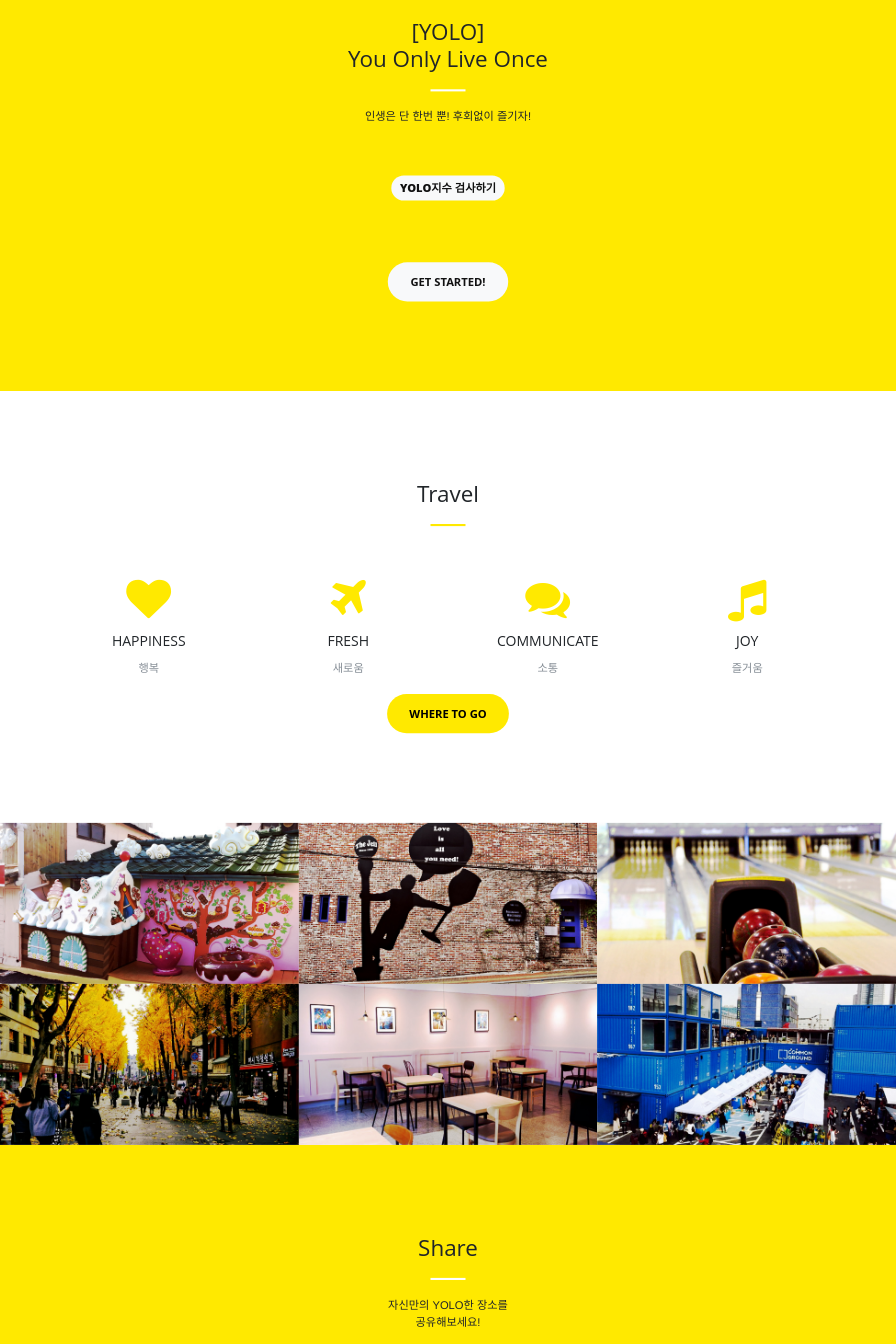
Repository: SuyeonCha/REYOLA
Page: http://localhost/BOARD/
An editor plug-in stored every save of this project. The page is shown before and after the next save, followed by the edit.
The browser window is 1280 px wide. The pictures show the part of the page from y = 822 to 2742 px (the page is 3436 px tall), at 70% of full size.
Some web fonts or font styles are not loaded; a fallback is used. The page is served by Tomcat 9. Other server files are loaded and not shown.

Above is the page before, as saved 2018-06-21 01:28:17.

### REYOLA/BOARD/WebContent/index.jsp
<%@ page language="java" contentType="text/html; charset=UTF-8"
	pageEncoding="UTF-8"%>
<!DOCTYPE html PUBLIC "-//W3C//DTD HTML 4.01 Transitional//EN" "http://www.w3.org/TR/html4/loose.dtd">
<html lang="en">
  <head>
    <meta charset="utf-8">
	<link rel="shortcut icon" href="https://www.emirim.REYOLA.com" />
    <meta property="title" content="누구나 즐길 수 있는 YOLO, REYOLA" />
    <meta name="viewport" content="width=device-width, initial-scale=1, shrink-to-fit=no">
    <meta name="description" content="">
    <meta name="author" content="">
    <title>누구나 즐길 수 있는 YOLO, REYOLA</title>
    <link href="vendor/bootstrap/css/bootstrap.min.css" rel="stylesheet">
    <link href="vendor/font-awesome/css/font-awesome.min.css" rel="stylesheet" type="text/css">
    <link href='https://fonts.googleapis.com/css?family=Open+Luckiest Guy,400italic,600italic,700italic,800italic,400,300,600,700,800' rel='stylesheet' type='text/css'>
    <link href='https://fonts.googleapis.com/css?family=Luckiest Guy,300,300italic,400italic,700,700italic,900,900italic' rel='stylesheet' type='text/css'>
    <link href="vendor/magnific-popup/magnific-popup.css" rel="stylesheet">
    <link href="css/index_css.css" rel="stylesheet">
  </head>
  <body id="page-top">
    <nav class="navbar navbar-expand-lg navbar-light fixed-top" id="mainNav">
      <div class="container">
        <a class="navbar-brand js-scroll-trigger" href="#page-top">REYOLA</a>
        <button class="navbar-toggler navbar-toggler-right" type="button" data-toggle="collapse" data-target="#navbarResponsive" aria-controls="navbarResponsive" aria-expanded="false" aria-label="Toggle navigation"> <span class="navbar-toggler-icon"></span>
        </button>
        <div class="collapse navbar-collapse" id="navbarResponsive">
          <ul class="navbar-nav ml-auto">
            <li class="nav-item">
              <a class="nav-link js-scroll-trigger" href="#about">About YOLO</a>
            </li>
            <li class="nav-item">
              <a class="nav-link js-scroll-trigger" href="#travel">Travel</a>
            </li>
            <li class="nav-item">
              <a class="nav-link js-scroll-trigger" href="#share">Share</a>
            </li>
            <li class="nav-item">
              <a class="nav-link js-scroll-trigger" href="#contact">Made by</a>
            </li>
          </ul>
        </div>
      </div>
    </nav>
    <header class="masthead text-center text-white d-flex">
      <div class="container my-auto">
        <div class="row">
          <div class="col-lg-10 mx-auto">
            <h1 class="text-uppercase">
              <br><br><br>
              <strong>누구나 즐길 수 있는<br>YOLO LIFE</strong>
            </h1>
            <hr class="light">
          </div>
          <div class="col-lg-8 mx-auto">
            <p class="mb-5">지금 즐기러 가실래요?</p>
            <a class="btn btn-primary btn-xl js-scroll-trigger sr-button" href="#about">FIND OUT MORE</a>
          </div>
        </div>
      </div>
    </header>

    <section class="bg-primary" id="about">
      <div class="container">
        <div class="row">
          <div class="col-lg-8 mx-auto text-center">
            <h2 class="section-heading text-black">[YOLO]<div>You Only Live Once</h2>
            <hr class="light my-4">
            <p class="mb-4 text-black">인생은 단 한번 뿐! 후회없이 즐기자! </p>
            <div> <br> <br>
            <a href="checkList.jsp" class="btn btn-light"><b>YOLO지수 검사하기</b></a><br>
            <p></p> <br> <br> <br>
            <a class="btn btn-light btn-xl js-scroll-trigger sr-button" href=#travel>Get Started!</a>
        </div>
      </div>
    </section>

    <section id="travel">
      <div class="container" >
        <div class="row">
          <div class="col-lg-12 text-center">
            <h2 class="section-heading">Travel</h2>
            <hr class="my-4">
          </div>
        </div>
      </div>
      <div class="container">
        <div class="row">
          <div class="col-lg-3 col-md-6 text-center">
            <div class="service-box mt-5 mx-auto">
            <i class="fa fa-4x fa-heart text-primary mb-3 sr-icons"></i>
              <h5 class="mb-3">HAPPINESS</h5>
              <p class="text-muted mb-0">행복</p>
            </div>
          </div>
          <div class="col-lg-3 col-md-6 text-center">
            <div class="service-box mt-5 mx-auto">
              <i class="fa fa-4x fa-plane text-primary mb-3 sr-icons"></i>
              <h5 class="mb-3">FRESH</h5>
              <p class="text-muted mb-0">새로움</p>
            </div>
          </div>
          <div class="col-lg-3 col-md-6 text-center">
            <div class="service-box mt-5 mx-auto">
              <i class="fa fa-4x fa-comments text-primary mb-3 sr-icons"></i>
              <h5 class="mb-3">COMMUNICATE</h5>
              <p class="text-muted mb-0">소통</p>
            </div>
          </div>
          <div class="col-lg-3 col-md-6 text-center">
            <div class="service-box mt-5 mx-auto">
              <i class="fa fa-4x fa-music text-primary mb-3 sr-icons"></i>
              <h5 class="mb-3">JOY</h5>
              <p class="text-muted mb-0">즐거움</p>
            </div>
          </div>
        </div>
        <div class="col-lg-12 text-center">
          <br>
          <a class="btn btn-primary2 btn-xl js-scroll-trigger sr-button"  href="ourYOLO.jsp">WHERE TO GO</a>
        </div>
      </div>
    </section>
    <section class="p-0" id="share">
      <div class="container-fluid p-0">
        <div class="row no-gutters popup-gallery">
          <div class="col-lg-4 col-sm-6">
            <a class="portfolio-box" href="img/portfolio/fullsize/ph1.jpg">
              <img class="img-fluid" src="img/portfolio/thumbnails/ph1.jpg" alt="">
              <div class="portfolio-box-caption">
                <div class="portfolio-box-caption-content">
                  <div class="project-category text-faded">
                   인천 송월동 동화마을
                  </div>
                  <div class="project-name, juso" >
                 인천광역시 중구 자유공원서로37번길 22 동화마을
                  </div>
                </div>
              </div>
            </a>
          </div>
          <div class="col-lg-4 col-sm-6">
            <a class="portfolio-box" href="img/portfolio/fullsize/ph2.jpg">
              <img class="img-fluid" src="img/portfolio/thumbnails/ph2.jpg" alt="">
              <div class="portfolio-box-caption">
                <div class="portfolio-box-caption-content">
                  <div class="project-category text-faded">
                    경리단길
                  </div>
                  <div class="project-name, juso">
                    서울특별시 용산구 이태원동
                  </div>
                </div>
              </div>
            </a>
          </div>
          <div class="col-lg-4 col-sm-6">
            <a class="portfolio-box" href="img/portfolio/fullsize/ph3.jpg">
              <img class="img-fluid" src="img/portfolio/thumbnails/ph3.jpg" alt="">
              <div class="portfolio-box-caption">
                <div class="portfolio-box-caption-content">
                  <div class="project-category text-faded">
                    볼링장
                  </div>
                  <div class="project-name,juso">
                    전국 곳곳
                  </div>
                </div>
              </div>
            </a>
          </div>
          <div class="col-lg-4 col-sm-6">
            <a class="portfolio-box" href="img/portfolio/fullsize/ph4.jpg">
              <img class="img-fluid" src="img/portfolio/thumbnails/ph4.jpg" alt="">
              <div class="portfolio-box-caption">
                <div class="portfolio-box-caption-content">
                  <div class="project-category text-faded">
                    인사동 거리
                  </div>
                  <div class="project-name">
                    서울특별시 종로구 인사동
                  </div>
                </div>
              </div>
            </a>
          </div>
          <div class="col-lg-4 col-sm-6">
            <a class="portfolio-box" href="img/portfolio/fullsize/ph5.jpg">
              <img class="img-fluid" src="img/portfolio/thumbnails/ph5.jpg" alt="">
              <div class="portfolio-box-caption">
                <div class="portfolio-box-caption-content">
                  <div class="project-category text-faded">
                    	카페
                  </div>
                  <div class="project-name">
                    	전국 곳곳
                  </div>
                </div>
              </div>
            </a>
          </div>
          <div class="col-lg-4 col-sm-6">
            <a class="portfolio-box" href="img/portfolio/fullsize/ph6.jpg">
              <img class="img-fluid" src="img/portfolio/thumbnails/ph6.jpg" alt="">
              <div class="portfolio-box-caption">
                <div class="portfolio-box-caption-content">
                  <div class="project-category text-faded">
                    커먼그라운드
                  </div>
                  <div class="project-name">
                   서울특별시 광진구 아차산로 200
                  </div>
                </div>
              </div>
            </a>
          </div>
        </div>
      </div>
    </section>

    <section class="bg-dark text-black">
      <div class="container text-center">
        <h2 class="mb-4">Share</h2>
        <hr class="light my-4">
        <p class="mb-4 text-black">자신만의 YOLO한 장소를<br>공유해보세요!</p>
        <a class="btn btn-light btn-xl js-scroll-trigger sr-button" href="Share_Board.jsp">Share Now!</a>
      </div>
    </section>

    <section id="contact">
      <div class="container">
        <div class="row">
          <div class="col-lg-8 mx-auto text-center">
            <h2 class="section-heading">Made by</h2>
            <hr class="my-4">
          </div>
        </div>
        <div class="row">
          <div class="col-lg-4 ml-auto text-center">
          <img src="img/REYOLABLACK.png" height="57px">
            <i class="fa-3x mb-3 sr-contact"></i>
            <p></p><p>차수연<br>김서연<br>이예본 </p>
          </div>
          <div class="col-lg-4 ml-auto text-center">
            <i class="fa fa-phone fa-3x mb-3 sr-contact"></i>
            <p>010-3374-6079<br>010-7762-1299<br>010-5771-8220</p>
          </div>
          <div class="col-lg-4 mr-auto text-center">
            <i class="fa fa-envelope-o fa-3x mb-3 sr-contact"></i>
            <p>
              	chasu1228@naver.com<br>seoyeonkim@gmail.com<br>proglobe22@gmail.com
            </p>
          </div>
        </div>
      </div>
    </section>
</font>
    <!-- Bootstrap core JavaScript -->
    <script src="vendor/jquery/jquery.min.js"></script>
    <script src="vendor/bootstrap/js/bootstrap.bundle.min.js"></script>

    <!-- Plugin JavaScript -->
    <script src="vendor/jquery-easing/jquery.easing.min.js"></script>
    <script src="vendor/scrollreveal/scrollreveal.min.js"></script>
    <script src="vendor/magnific-popup/jquery.magnific-popup.min.js"></script>

    <!-- Custom scripts for this template -->
    <script src="js/creative.min.js"></script>

  </body>

</html>

### REYOLA/BOARD/WebContent/css/index_css.css
/*!
 * Start Bootstrap - Creative v4.0.0-beta.2 (https://startbootstrap.com/template-overviews/creative)
 * Copyright 2013-2017 Start Bootstrap
 * Licensed under MIT (https://github.com/BlackrockDigital/startbootstrap-creative/blob/master/LICENSE)
 */
body,
html {
  width: 100%;
  height: 100%; }
.juso{
	font-size:10pt;
}
body {
  font-family: 'Merriweather', 'Helvetica Neue', Arial, sans-serif; }

hr {
  max-width: 50px;
  border-width: 3px;
  border-color: #ffe900; }

hr.light {
  border-color: #fff; }

a {
  color: #000000;
  -webkit-transition: all 0.2s;
  -moz-transition: all 0.2s;
  transition: all 0.2s; }
  a:hover {
    color: #000000; }

h1,
h2,
h3,
h4,
h5,
h6 {
  font-family: 'Open Sans', 'Helvetica Neue', Arial, sans-serif; }
#logo{height:82px; width:auto;}
.del{ background-color: white;
  border-radius: 5px;
  border: 2px solid #FFFFA2;
  text-align: center;
  text-decoration: none;
  display: inline-block;
  font-size: 9pt;
  font-weight:bold;
  width: 70px;
  transition: all 0.5s;
  cursor: pointer;
  margin: 5px;
  height: 26px;
  }
.bg-primary {
  background-color: #ffe900 !important; }

.bg-dark {
  background-color: #ffe900 !important; }

.text-faded {
  color: rgba(255, 255, 255, 0.7); }

section {
  padding: 8rem 0; }

.section-heading {
  margin-top: 0; }

::-moz-selection {
  color: #fff;
  background: #212529;
  text-shadow: none; }

::selection {
  color: #fff;
  background: #212529;
  text-shadow: none; }

img {
  max-width: 100%;
  }

img::selection {
  color: #ffe900;
  background: transparent; }

img::-moz-selection {
  color: #ffe900;
  background: transparent; }

body {
  -webkit-tap-highlight-color: #212529; }

#mainNav {
  border-bottom: 1px solid rgba(33, 37, 41, 0.1);
  background-color: #fff;
  font-family: 'Open Sans', 'Helvetica Neue', Arial, sans-serif;
  -webkit-transition: all 0.2s;
  -moz-transition: all 0.2s;
  transition: all 0.2s; }
  #mainNav .navbar-brand {
    font-weight: 700;
    text-transform: uppercase;
    color: #172cb5;
    font-family: 'Open Sans', 'Helvetica Neue', Arial, sans-serif; }
    #mainNav .navbar-brand:focus, #mainNav .navbar-brand:hover {
      color: #172cb5; }
  #mainNav .navbar-nav > li.nav-item > a.nav-link,
  #mainNav .navbar-nav > li.nav-item > a.nav-link:focus {
    font-size: .9rem;
    font-weight: 700;
    text-transform: uppercase;
    color: #212529; }
    #mainNav .navbar-nav > li.nav-item > a.nav-link:hover,
    #mainNav .navbar-nav > li.nav-item > a.nav-link:focus:hover {
      color: #fffc72; }
    #mainNav .navbar-nav > li.nav-item > a.nav-link.active,
    #mainNav .navbar-nav > li.nav-item > a.nav-link:focus.active {
      color: #000000 !important;
      background-color: transparent; }
      #mainNav .navbar-nav > li.nav-item > a.nav-link.active:hover,
      #mainNav .navbar-nav > li.nav-item > a.nav-link:focus.active:hover {
        background-color: transparent; }
  @media (min-width: 992px) {
    #mainNav {
      border-color: transparent;
      background-color: transparent; }
      #mainNav .navbar-brand {
        color: rgba(255, 255, 255, 0.7); }
        #mainNav .navbar-brand:focus, #mainNav .navbar-brand:hover {
          color: #fff; }
      #mainNav .navbar-nav > li.nav-item > a.nav-link {
        padding: 0.5rem 1rem; }
      #mainNav .navbar-nav > li.nav-item > a.nav-link,
      #mainNav .navbar-nav > li.nav-item > a.nav-link:focus {
        color: rgba(255, 255, 255, 0.7); }
        #mainNav .navbar-nav > li.nav-item > a.nav-link:hover,
        #mainNav .navbar-nav > li.nav-item > a.nav-link:focus:hover {
          color: #fff; }
      #mainNav.navbar-shrink {
        border-bottom: 1px solid rgba(33, 37, 41, 0.1);
        background-color: #fff; }
        /* 제목 색깔 */
        #mainNav.navbar-shrink .navbar-brand {
          color: #172cb5; }
          #mainNav.navbar-shrink .navbar-brand:focus, #mainNav.navbar-shrink .navbar-brand:hover {
            color: #172cb5; }
        #mainNav.navbar-shrink .navbar-nav > li.nav-item > a.nav-link,
        #mainNav.navbar-shrink .navbar-nav > li.nav-item > a.nav-link:focus {
          color: #212529; }
          #mainNav.navbar-shrink .navbar-nav > li.nav-item > a.nav-link:hover,
          #mainNav.navbar-shrink .navbar-nav > li.nav-item > a.nav-link:focus:hover {
            color: #fffc72; } }

header.masthead {
  padding-top: 10rem;
  padding-bottom: calc(10rem - 56px);
  background-image: url("../img/header.JPG");
  background-position: center center;
  -webkit-background-size: cover;
  -moz-background-size: cover;
  -o-background-size: cover;
  background-size: cover; }
  header.masthead hr {
    margin-top: 30px;
    margin-bottom: 30px; }
  header.masthead h1 {
    font-size: 2rem; }
  header.masthead p {
    font-weight: 300; }
  @media (min-width: 768px) {
    header.masthead p {
      font-size: 1.15rem; } }
  @media (min-width: 992px) {
    header.masthead {
      height: 100vh;
      min-height: 650px;
      padding-top: 0;
      padding-bottom: 0; }
      header.masthead h1 {
        font-size: 3rem; } }
  @media (min-width: 1200px) {
    header.masthead h1 {
      font-size: 4rem; } }

.service-box {
  max-width: 400px; }

.portfolio-box {
  position: relative;
  display: block;
  max-width: 650px;
  margin: 0 auto; }
  .portfolio-box .portfolio-box-caption {
    position: absolute;
    bottom: 0;
    display: block;
    width: 100%;
    height: 100%;
    text-align: center;
    opacity: 0;
    color: #fff;
    background: #172cb5;
    -webkit-transition: all 0.2s;
    -moz-transition: all 0.2s;
    transition: all 0.2s; }
    .portfolio-box .portfolio-box-caption .portfolio-box-caption-content {
      position: absolute;
      top: 50%;
      width: 100%;
      transform: translateY(-50%);
      text-align: center; }
      .portfolio-box .portfolio-box-caption .portfolio-box-caption-content .project-category,
      .portfolio-box .portfolio-box-caption .portfolio-box-caption-content .project-name {
        padding: 0 15px;
        font-family: 'Open Sans', 'Helvetica Neue', Arial, sans-serif; }
      .portfolio-box .portfolio-box-caption .portfolio-box-caption-content .project-category {
        font-size: 14px;
        font-weight: 600;
        text-transform: uppercase; }
      .portfolio-box .portfolio-box-caption .portfolio-box-caption-content .project-name {
        font-size: 18px; }
  .portfolio-box:hover .portfolio-box-caption {
    opacity: 1; }
  .portfolio-box:focus {
    outline: none; }
  @media (min-width: 768px) {
    .portfolio-box .portfolio-box-caption .portfolio-box-caption-content .project-category {
      font-size: 16px; }
    .portfolio-box .portfolio-box-caption .portfolio-box-caption-content .project-name {
      font-size: 22px; } }

.text-primary {
  color: #ffe900 !important; }

.btn {
  font-weight: 700;
  text-transform: uppercase;
  border: none;
  border-radius: 300px;
  font-family: 'Open Sans', 'Helvetica Neue', Arial, sans-serif; }

.btn-xl {
  padding: 1rem 2rem; }

.btn-primary {
  background-color: #172cb5;
  border-color: #172cb5; }
  .btn-primary:hover, .btn-primary:focus, .btn-primary:active {
    color: #fff;
    background-color:  #04b2f7 !important; }
  .btn-primary:active, .btn-primary:focus {
    box-shadow: 0 0 0 0.2rem rgba(240, 95, 64, 0.5) !important; }

.btn-primary2 {
  background-color: #ffe900;
  border-color: #ffe900; }
  .btn-primary2:hover, .btn-primary2:focus, .btn-primary2:active {
    color: #000;
    background-color:  #fffc72 !important; }
  .btn-primary2:active, .btn-primary2:focus {
    box-shadow: 0 0 0 0.2rem rgba(240, 95, 64, 0.5) !important; }

Loaded but not shown: REYOLA/BOARD/WebContent/js/creative.min.js (common file)

After the next save:
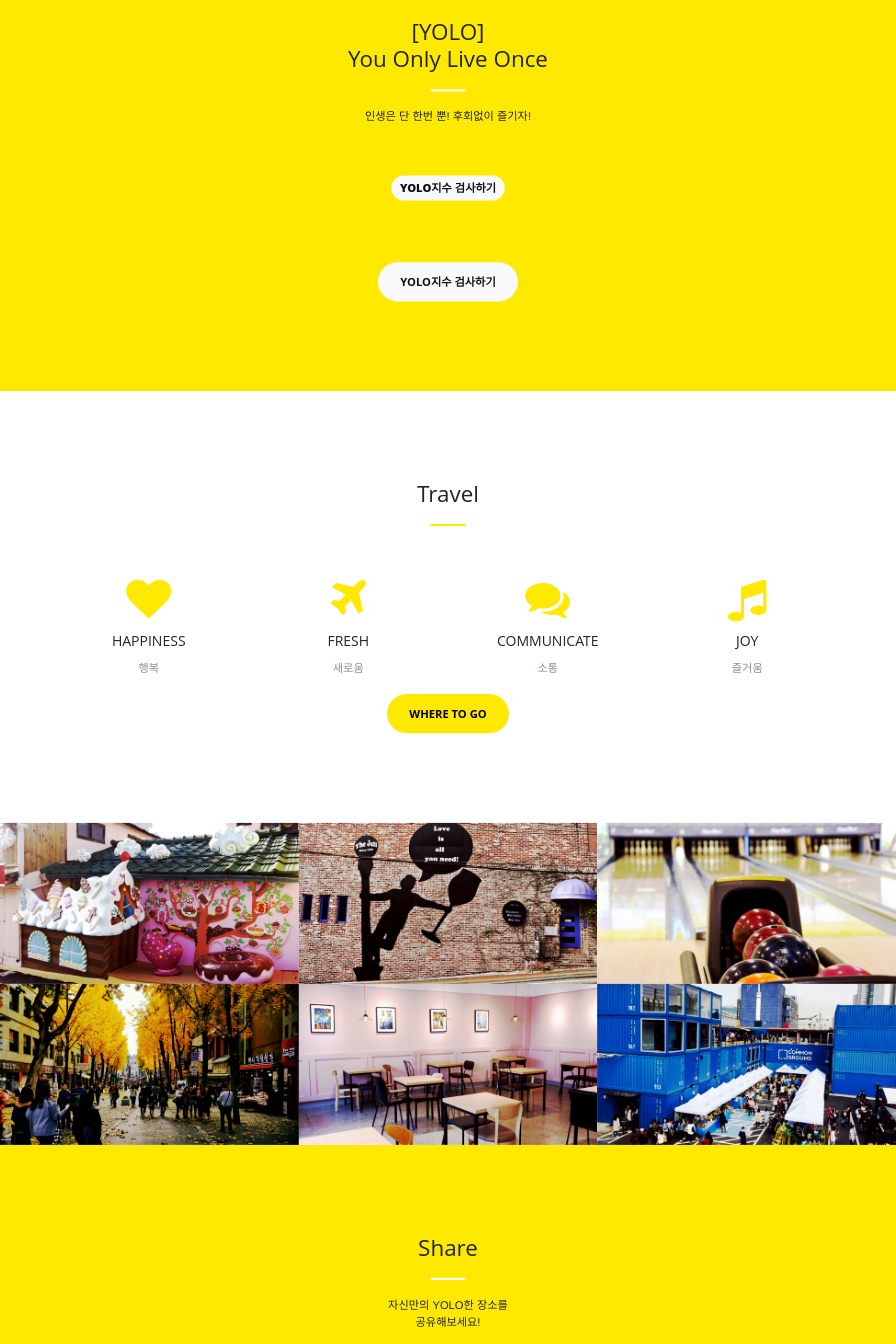
Saved 10 min 31 s later.
--- a/REYOLA/BOARD/WebContent/index.jsp
+++ b/REYOLA/BOARD/WebContent/index.jsp
@@ -69,7 +69,7 @@
             <div> <br> <br>
             <a href="checkList.jsp" class="btn btn-light"><b>YOLO지수 검사하기</b></a><br>
             <p></p> <br> <br> <br>
-            <a class="btn btn-light btn-xl js-scroll-trigger sr-button" href=#travel>Get Started!</a>
+            <a class="btn btn-light btn-xl js-scroll-trigger sr-button" href="checkList.jsp">YOLO지수 검사하기</a>
         </div>
       </div>
     </section>

After the save that followed:
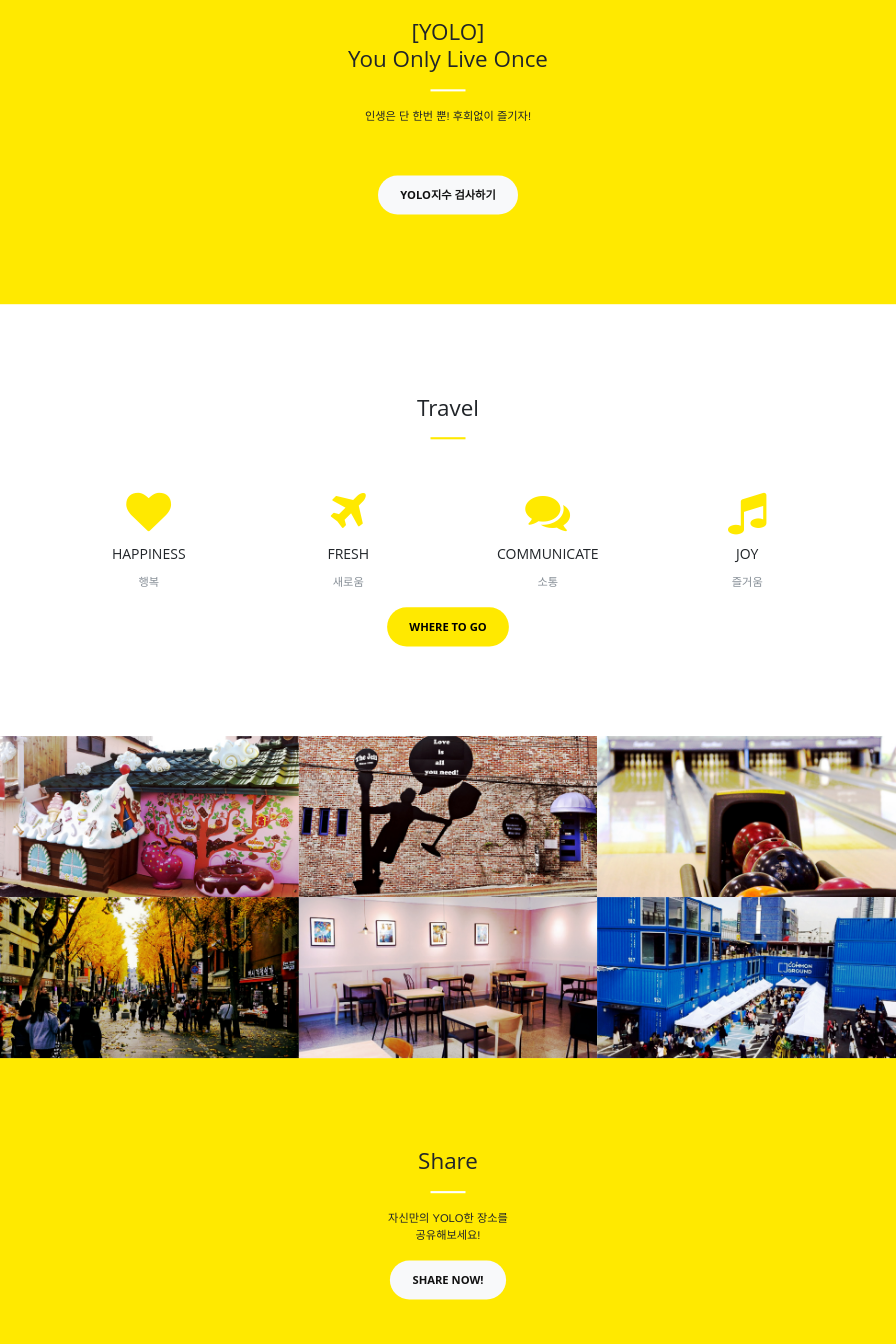
Saved 8 s later.
--- a/REYOLA/BOARD/WebContent/index.jsp
+++ b/REYOLA/BOARD/WebContent/index.jsp
@@ -67,8 +67,7 @@
             <hr class="light my-4">
             <p class="mb-4 text-black">인생은 단 한번 뿐! 후회없이 즐기자! </p>
             <div> <br> <br>
-            <a href="checkList.jsp" class="btn btn-light"><b>YOLO지수 검사하기</b></a><br>
-            <p></p> <br> <br> <br>
+
             <a class="btn btn-light btn-xl js-scroll-trigger sr-button" href="checkList.jsp">YOLO지수 검사하기</a>
         </div>
       </div>
